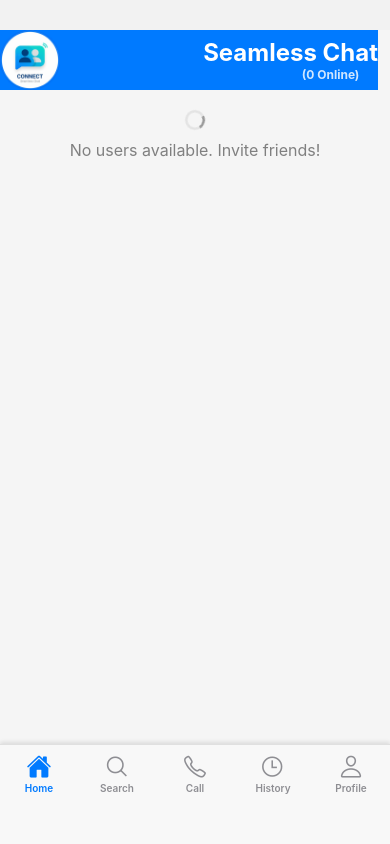
Repository: UdayRaj04/Chatapp_native
Screen: /MainTabs (app in ChatAppFrontend/)
These files come from the project's save history. The screen is drawn as it stood at one moment and after a run of saves; the edit follows.
The app was drawn by React Native's web renderer in a window 390 px wide. The project was rebuilt for these pictures with package versions that can differ from the ones it lists, and the page was loaded fresh each time. Some packages were replaced by stand-ins written for this rebuild. Also part of the build but not shown: ChatAppFrontend/screens/RegisterScreen.tsx, ChatAppFrontend/screens/ChatScreen.tsx, ChatAppFrontend/screens/SearchScreen.tsx, ChatAppFrontend/screens/AnalyticsScreen.tsx, ChatAppFrontend/screens/HistoryScreen.tsx, ChatAppFrontend/screens/ProfileScreen.tsx.

Above is the screen before, as saved 2025-09-09 18:01:02.

### ChatAppFrontend/App.tsx
import 'react-native-get-random-values';  // Polyfill first
import React from 'react';
import { NavigationContainer } from '@react-navigation/native';
import { createStackNavigator } from '@react-navigation/stack';
import { createBottomTabNavigator } from '@react-navigation/bottom-tabs';
import { Ionicons } from '@expo/vector-icons';
import { LogBox, View } from 'react-native';
import { SafeAreaProvider } from 'react-native-safe-area-context';  // New: For dynamic insets

// Suppress warnings
LogBox.ignoreLogs([
  'Text strings must be rendered within a <Text> component',
  'VirtualizedList: You have a large list that is slow to initial render',
  'Require cycle:',
  /Warning: [A-Za-z ]*Text strings[A-Za-z ]*/,
]);

// Your existing screens
import LoginScreen from './screens/LoginScreen';
import RegisterScreen from './screens/RegisterScreen';
import ChatListScreen from './screens/ChatListScreen';
import ChatScreen from './screens/ChatScreen';

// Placeholder screens (ensure they exist)
import SearchScreen from './screens/SearchScreen';
import AnalyticsScreen from './screens/AnalyticsScreen';
import HistoryScreen from './screens/HistoryScreen';
import ProfileScreen from './screens/ProfileScreen';

const Stack = createStackNavigator();
const Tab = createBottomTabNavigator();

// Main Tab Navigator (enhanced with safe area for no overlap)
function MainTabs() {
  return (
    <Tab.Navigator
      screenOptions={({ route }) => ({
        tabBarIcon: ({ focused, color, size }) => {
          let iconName: keyof typeof Ionicons.glyphMap;

          if (route.name === 'Chats') {
            iconName = focused ? 'home' : 'home-outline';
          } else if (route.name === 'Search') {
            iconName = focused ? 'search' : 'search-outline';
          } else if (route.name === 'Call') {
            iconName = focused ? 'call' : 'call-outline';
          } else if (route.name === 'History') {
            iconName = focused ? 'time' : 'time-outline';
          } else {
            iconName = focused ? 'person' : 'person-outline';
          }

          return <Ionicons name={iconName} size={size} color={color} />;
        },
        tabBarActiveTintColor: '#007AFF',
        tabBarInactiveTintColor: '#8e8e93',
        tabBarStyle: {
          backgroundColor: '#f8f8f8',
          borderTopWidth: 0.5,
          borderTopColor: '#e0e0e0',
          elevation: 8,
          shadowColor: '#000',
          shadowOffset: { width: 0, height: -2 },
          shadowOpacity: 0.1,
          shadowRadius: 4,
          height: 100,  // Increased: Taller tab bar (60 was too tight; 70 + labels)
          paddingBottom: 50,  // Reduced top padding for balance
          paddingTop: 5,
          position: 'absolute',  // Explicit: Ensures absolute positioning
          bottom: 0,  // Pin to bottom
          left: 0,
          right: 0,
          marginBottom: 0,  // No extra margin
        },
        tabBarLabelStyle: {
          fontSize: 10,
          fontWeight: '600',
          marginBottom: 0,  // Tight labels
        },
        headerShown: false,
        lazy: true,
        // New: Apply safe area padding to tab screens (prevents overlap)
        cardStyle: { paddingBottom: 0 },  // No extra card padding
      })}
    >
      <Tab.Screen name="Chats" component={ChatListScreen} options={{ title: 'Home' }} />
      <Tab.Screen name="Search" component={SearchScreen} options={{ title: 'Search' }} />
      <Tab.Screen name="Call" component={AnalyticsScreen} options={{ title: 'Call' }} />
      <Tab.Screen name="History" component={HistoryScreen} options={{ title: 'History' }} />
      <Tab.Screen name="Profile" component={ProfileScreen} options={{ title: 'Profile' }} />
    </Tab.Navigator>
  );
}

// Main App - Wrapped in SafeAreaProvider
export default function App() {
  return (
    <SafeAreaProvider>  {/* New: Enables useSafeAreaInsets() */}
      <View style={{ flex: 1 }}>
        <NavigationContainer>
          <Stack.Navigator
            initialRouteName="Login"
            screenOptions={{
              headerShown: false,
              cardStyle: { backgroundColor: '#f5f5f5' },
            }}
          >
            <Stack.Screen name="Login" component={LoginScreen} />
            <Stack.Screen name="Register" component={RegisterScreen} />
            <Stack.Screen name="MainTabs" component={MainTabs} />
            <Stack.Screen
              name="Chat"
              component={ChatScreen}
              options={{
                headerShown: true,
                headerTitle: 'Chat',
                headerStyle: { backgroundColor: '#007AFF' },
                headerTintColor: '#fff',
                presentation: 'modal',
                // Hide tabs in chat to avoid overlap
                tabBarStyle: { display: 'none' },
              }}
            />
          </Stack.Navigator>
        </NavigationContainer>
      </View>
    </SafeAreaProvider>
  );
}

### ChatAppFrontend/screens/LoginScreen.tsx
import React, { useState } from 'react';
import {
  View,
  TextInput,
  TouchableOpacity,
  Text,
  StyleSheet,
  Alert,
  ActivityIndicator,
  KeyboardAvoidingView,
  Platform,
  Image,  // New: For logo
} from 'react-native';
import { Ionicons } from '@expo/vector-icons';  // For input icons
import { useSafeAreaInsets } from 'react-native-safe-area-context';  // For insets (provider in App.tsx)
import { useNavigation } from '@react-navigation/native';  // For navigation
import AsyncStorage from '@react-native-async-storage/async-storage';
import axios, { AxiosError } from 'axios';

const API_BASE = 'http://192.168.29.93:5000/api';

interface LoginResponse {
  token: string;
  user: {
    id?: string;
    _id?: string;
    username: string;
    email: string;
  };
}

export default function LoginScreen() {
  const [email, setEmail] = useState<string>('');
  const [password, setPassword] = useState<string>('');
  const [loading, setLoading] = useState<boolean>(false);
  const [emailError, setEmailError] = useState<string>('');
  const [passwordError, setPasswordError] = useState<string>('');
  const navigation = useNavigation<any>();
  const insets = useSafeAreaInsets();  // Use insets from root provider

  const validateEmail = (email: string): boolean => {
    const emailRegex = /^[^\s@]+@[^\s@]+\.[^\s@]+$/;
    if (!email) {
      setEmailError('Email is required');
      return false;
    }
    if (!emailRegex.test(email)) {
      setEmailError('Invalid email format');
      return false;
    }
    setEmailError('');
    return true;
  };

  const validatePassword = (password: string): boolean => {
    if (!password) {
      setPasswordError('Password is required');
      return false;
    }
    if (password.length < 6) {
      setPasswordError('Password must be at least 6 characters');
      return false;
    }
    setPasswordError('');
    return true;
  };

  const handleLogin = async (): Promise<void> => {
    if (!validateEmail(email) || !validatePassword(password)) return;

    setLoading(true);
    try {
      const response = await axios.post<LoginResponse>(`${API_BASE}/auth/login`, {
        email,
        password,
      });
      await AsyncStorage.setItem('token', response.data.token);
      await AsyncStorage.setItem('user', JSON.stringify(response.data.user));
      navigation.replace('MainTabs');  // Navigate to tabs on success
    } catch (err) {
      const error = err as AxiosError;
      Alert.alert('Login Failed', error.response?.data?.error || 'Invalid credentials');
    } finally {
      setLoading(false);
    }
  };

  return (
    <KeyboardAvoidingView
      style={[styles.container, { paddingTop: insets.top }]}
      behavior={Platform.OS === 'ios' ? 'padding' : 'height'}
      enabled={true}
    >
      {/* Title with Logo */}
      <View style={styles.titleContainer}>
        {/* New: Bigger Logo */}
        <Image
          source={require('../assets/logos.png')}  // Adjust path if needed (e.g., '../../assets/logo.png')
          style={styles.logo}
          resizeMode="contain"
        />
        <Text style={styles.title}>Seamless Chat</Text>
        <Text style={styles.subtitle}>Welcome back! Sign in to continue</Text>
      </View>

      {/* Form */}
      <View style={styles.formContainer}>
        {/* Email Input */}
        <View style={styles.inputContainer}>
          <Ionicons name="mail" size={24} color="#999" style={styles.inputIcon} />
          <TextInput
            style={[styles.input, emailError ? styles.inputError : null]}
            value={email}
            onChangeText={(text) => {
              setEmail(text);
              if (emailError) validateEmail(text);
            }}
            placeholder="Email"
            keyboardType="email-address"
            autoCapitalize="none"
            onBlur={() => validateEmail(email)}
          />
        </View>
        {emailError ? <Text style={styles.errorText}>{emailError}</Text> : null}

        {/* Password Input */}
        <View style={styles.inputContainer}>
          <Ionicons name="lock-closed" size={24} color="#999" style={styles.inputIcon} />
          <TextInput
            style={[styles.input, passwordError ? styles.inputError : null]}
            value={password}
            onChangeText={(text) => {
              setPassword(text);
              if (passwordError) validatePassword(text);
            }}
            placeholder="Password"
            secureTextEntry={true}
            onBlur={() => validatePassword(password)}
          />
        </View>
        {passwordError ? <Text style={styles.errorText}>{passwordError}</Text> : null}

        {/* Login Button */}
        <TouchableOpacity
          style={[styles.button, loading ? styles.buttonDisabled : null]}
          onPress={handleLogin}
          disabled={loading}
          activeOpacity={0.7}
        >
          {loading ? (
            <ActivityIndicator size="small" color="#fff" />
          ) : (
            <Text style={styles.buttonText}>Login</Text>
          )}
        </TouchableOpacity>

        {/* Register Link */}
        <TouchableOpacity
          style={styles.linkContainer}
          onPress={() => navigation.navigate('Register')}
        >
          <Text style={styles.linkText}>Don't have an account? Register</Text>
        </TouchableOpacity>
      </View>
    </KeyboardAvoidingView>
  );
}

const styles = StyleSheet.create({
  container: {
    flex: 1,
    backgroundColor: '#f5f5f5',
    justifyContent: 'center',
    alignItems: 'center',
  },
  titleContainer: {
    alignItems: 'center',
    marginBottom: 50,  // Increased: More space after logo/title to form
  },
  // New: Logo Style (Bigger, Centered)
  logo: {
    width: 120,  // Bigger size - adjust as needed (e.g., 100 for smaller)
    height: 120,
    marginBottom: 20,  // Space between logo and title
    alignSelf: 'center',
  },
  title: {
    fontSize: 32,
    fontWeight: 'bold',
    color: '#333',
    marginBottom: 5,
  },
  subtitle: {
    fontSize: 16,
    color: '#666',
    textAlign: 'center',
  },
  formContainer: {
    width: '85%',  // Responsive width
    alignItems: 'center',
  },
  inputContainer: {
    flexDirection: 'row',
    alignItems: 'center',
    backgroundColor: '#fff',
    borderRadius: 10,
    marginBottom: 15,
    paddingHorizontal: 15,
    elevation: 2,
    shadowColor: '#000',
    shadowOffset: { width: 0, height: 1 },
    shadowOpacity: 0.1,
    shadowRadius: 2,
    width: '100%',
  },
  inputIcon: {
    marginRight: 10,
  },
  input: {
    flex: 1,
    paddingVertical: 12,
    fontSize: 16,
    color: '#333',
  },
  inputError: {
    borderWidth: 1,
    borderColor: '#ff6b6b',
  },
  errorText: {
    color: '#ff6b6b',
    fontSize: 12,
    marginBottom: 10,
    alignSelf: 'flex-start',
  },
  button: {
    backgroundColor: '#007AFF',
    borderRadius: 10,
    paddingVertical: 15,
    width: '100%',
    alignItems: 'center',
    marginTop: 10,
    elevation: 2,
    shadowColor: '#007AFF',
    shadowOffset: { width: 0, height: 2 },
    shadowOpacity: 0.2,
    shadowRadius: 4,
  },
  buttonDisabled: {
    backgroundColor: '#ccc',
  },
  buttonText: {
    color: '#fff',
    fontSize: 18,
    fontWeight: 'bold',
  },
  linkContainer: {
    marginTop: 20,
    alignItems: 'center',
  },
  linkText: {
    color: '#007AFF',
    fontSize: 16,
    textDecorationLine: 'underline',
  },
});

### ChatAppFrontend/screens/ChatListScreen.tsx
import React, { useState, useEffect } from 'react';
import {
  View,
  FlatList,
  Text,
  TouchableOpacity,
  StyleSheet,
  Alert,
  ActivityIndicator,
  Image,
} from 'react-native';
import { Ionicons } from '@expo/vector-icons';  // New: For user icons (person-circle)
import { useSafeAreaInsets } from 'react-native-safe-area-context';  // From previous (for padding)
import AsyncStorage from '@react-native-async-storage/async-storage';
import axios, { AxiosError } from 'axios';
import io, { Socket } from 'socket.io-client';

const API_BASE = 'http://192.168.29.93:5000/api';

interface User {
  _id: string;
  id?: string;
  username: string;
  email: string;
}

export default function ChatListScreen({ navigation }: { navigation: any }) {
  const [users, setUsers] = useState<User[]>([]);
  const [loading, setLoading] = useState<boolean>(true);
  const [currentUser, setCurrentUser] = useState<User | null>(null);
  const [socket, setSocket] = useState<Socket | null>(null);
  const [onlineUsers, setOnlineUsers] = useState<Set<string>>(new Set());

  // Safe area for dynamic padding (from previous)
  const insets = useSafeAreaInsets();
  const bottomPadding = Math.max(120, insets.bottom + 70);

  useEffect(() => {
    loadUser();
    fetchUsers();

    const initSocket = async () => {
      const token = await AsyncStorage.getItem('token');
      if (token) {
        const newSocket = io(API_BASE.replace('/api', ''), {
          auth: { token },
        });
        setSocket(newSocket);
        newSocket.on('connect_error', () => Alert.alert('Socket Error', 'Connection failed'));

        newSocket.on('userOnline', (data) => {
          console.log('User online:', data.userId);
          setOnlineUsers((prev) => new Set([...prev, data.userId]));
        });

        newSocket.on('userOffline', (data) => {
          console.log('User offline:', data.userId);
          setOnlineUsers((prev) => {
            const newSet = new Set(prev);
            newSet.delete(data.userId);
            return newSet;
          });
        });

        newSocket.on('onlineUsersList', (data) => {
          console.log('Initial online users:', data.onlineUsers);
          setOnlineUsers(new Set(data.onlineUsers));
        });

        newSocket.on('connect', () => {
          console.log('Socket connected - requesting online users');
          newSocket.emit('getOnlineUsers');
        });
      }
    };
    initSocket();

    return () => {
      socket?.disconnect();
    };
  }, []);

  const loadUser = async (): Promise<void> => {
    const userStr = await AsyncStorage.getItem('user');
    if (userStr) {
      setCurrentUser(JSON.parse(userStr));
    }
    setLoading(false);
  };

  const fetchUsers = async (): Promise<void> => {
    const token = await AsyncStorage.getItem('token');
    if (!token) return;
    try {
      const response = await axios.get<User[]>(`${API_BASE}/users`, {
        headers: { Authorization: `Bearer ${token}` },
      });
      const validUsers = response.data.filter(u =>
        u && u.username && (u._id || u.id) && typeof u.username === 'string'
      );
      setUsers(validUsers);
    } catch (err) {
      const error = err as AxiosError;
      Alert.alert('Error', error.response?.data?.error || 'Failed to load users');
    }
  };

  const startChat = (otherUser: User): void => {
    const userId = otherUser.id || otherUser._id;
    console.log('Starting chat with userId:', userId);
    if (!userId) {
      Alert.alert('Error', 'Invalid user data');
      return;
    }
    navigation.navigate('Chat', {
      otherUserId: userId,
      otherUserName: otherUser.username,
    });
  };

  const renderUser = ({ item }: { item: User }): JSX.Element => {
    if (!item || !item.username || !(item._id || item.id)) {
      return (
        <View style={styles.userItem}>
          <View style={styles.userContent}>
            <Text style={styles.username}>Invalid user entry</Text>
          </View>
        </View>
      );
    }
    const userId = item.id || item._id;
    const isOnline = onlineUsers.has(userId);
    const userIdShort = userId.substring(0, 8) + '...';
    return (
      <TouchableOpacity onPress={() => startChat(item)} style={styles.userItem} activeOpacity={0.7}>
        <View style={styles.userContent}>
          {/* New: User icon on left */}
          <View style={styles.iconContainer}>
            <Ionicons
              name="person-circle"
              size={50}
              color={isOnline ? '#007AFF' : '#ccc'}  // Green for online, gray for offline
            />
            {/* Optional: Small online dot (green circle below icon) */}
            {isOnline && (
              <View style={styles.onlineDot} />
            )}
          </View>
          {/* Text content on right */}
          <View style={styles.textContent}>
            <Text style={styles.username}>{item.username}</Text>
            {isOnline && <Text style={styles.onlineBadge}>Online</Text>}
            <Text style={styles.idText}>{"(ID: " + userIdShort + ")"}</Text>
          </View>
        </View>
      </TouchableOpacity>
    );
  };

  const renderEmpty = (): JSX.Element => (
    <View style={[styles.emptyContainer, { paddingBottom: bottomPadding }]}>
      <ActivityIndicator size="small" color="#999" />
      <Text style={styles.emptyText}>No users available. Invite friends!</Text>
    </View>
  );

  if (loading) {
    return (
      <View style={styles.loadingContainer}>
        <ActivityIndicator size="large" color="#0000ff" />
        <Text style={styles.loadingText}>Loading chats...</Text>
      </View>
    );
  }

  return (
    <View style={styles.container}>
      <View style={{
  flexDirection: 'row',       // 👈 Arrange items in a row
  alignItems: 'center',       // 👈 Vertically center icon & text
  marginRight: 12,
  backgroundColor: '#007AFF',
  justifyContent:"space-between",
}}>
  <Image
    source={require('../assets/logos.png')}
    style={{ height: 60, width: 60, marginRight: 10 }}  // 👈 space between logo & text
  />
  <View style={{ flexDirection: 'column', alignItems: 'center' }}>
  <Text style={styles.title}>
    Seamless Chat
  </Text>
  <Text style={styles.title1}>
    ({onlineUsers.size} Online)
  </Text>
  </View>
</View>
      <FlatList
        data={users}
        keyExtractor={(item, index) => (item._id || item.id || index.toString())}
        renderItem={renderUser}
        ListEmptyComponent={renderEmpty}
        contentContainerStyle={[styles.listContent, { paddingBottom: bottomPadding }]}
        style={{ flex: 1 }}
        keyboardShouldPersistTaps="handled"
        bounces={true}
        showsVerticalScrollIndicator={true}
        initialNumToRender={10}
        maxToRenderPerBatch={5}
        windowSize={10}
        removeClippedSubviews={true}
        extraData={users}
        getItemLayout={(data, index) => ({ length: 70, offset: 70 * index, index })}
      />
    </View>
  );
}

const styles = StyleSheet.create({
  container: {
    marginTop: 30,
    flex: 1,
    backgroundColor: '#f5f5f5',
  },
  title: {
    fontSize: 24,
    fontWeight: 'bold',
    padding: 0,
    color: '#ffffffff',
    textAlign: 'center',



  },
  title1: {
    marginLeft:80,
    fontSize: 12,
    fontWeight: 'bold',
    padding: 0,
    color: '#ffffffce',
    textAlign: 'center',

  },
  loadingContainer: {
    flex: 1,
    justifyContent: 'center',
    alignItems: 'center',
  },
  loadingText: {
    marginTop: 10,
    fontSize: 16,
    color: '#666',
  },
  listContent: {
    paddingHorizontal: 10,
  },
  userItem: {
    backgroundColor: '#fff',
    marginVertical: 5,
    marginHorizontal: 10,
    borderRadius: 10,
    padding: 15,
    elevation: 2,
    shadowColor: '#000',
    shadowOffset: { width: 0, height: 1 },
    shadowOpacity: 0.2,
    shadowRadius: 1.41,
    // New: Taller for icon row
    minHeight: 70,
  },
  userContent: {
    flex: 1,
    flexDirection: 'row',  // New: Row for icon + text
    alignItems: 'center',  // New: Vertical center
  },
  // New: Icon container (left side)
  iconContainer: {
    marginRight: 15,  // Space between icon and text
    position: 'relative',  // For online dot positioning
  },
  // New: Text content wrapper (right side)
  textContent: {
    flex: 1,  // Take remaining space
    flexDirection: 'column',  // Stack username, badge, ID
    justifyContent: 'flex-start',
  },
  username: {
    fontSize: 18,
    fontWeight: 'bold',
    marginBottom: 2,  // Small space before badge/ID
  },
  onlineBadge: {
    fontSize: 12,
    color: '#007AFF',
    fontWeight: 'bold',
    marginBottom: 2,
  },
  idText: {
    fontSize: 12,
    color: 'gray',
  },
  // New: Online status dot (small green circle under icon)
  onlineDot: {
    position: 'absolute',
    bottom: 0,
    right: 0,
    width: 12,
    height: 12,
    borderRadius: 6,
    backgroundColor: '#007AFF',
    borderWidth: 2,
    borderColor: '#fff',  // White border for visibility
  },
  emptyContainer: {
    justifyContent: 'center',
    alignItems: 'center',
    padding: 20,
  },
  emptyText: {
    fontSize: 16,
    color: 'gray',
    textAlign: 'center',
    marginTop: 10,
  },
});

Loaded but not shown: ChatAppFrontend/index.ts (common file)

After the next 3 saves:
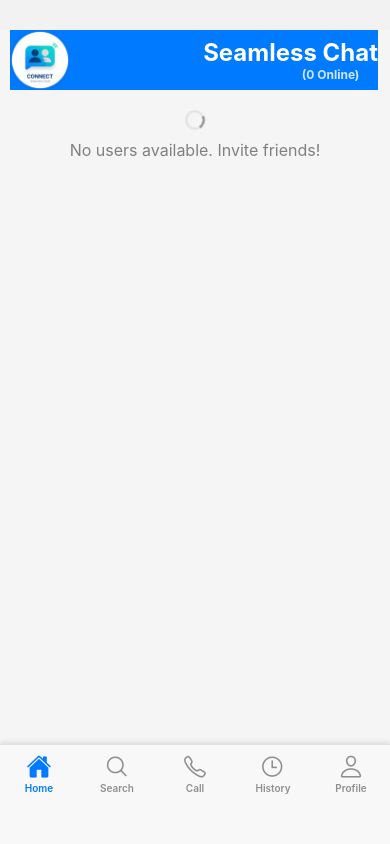
The 3 saves are shown as one change because they came seconds apart.
The last was saved 36 s later.
--- a/ChatAppFrontend/screens/ChatListScreen.tsx
+++ b/ChatAppFrontend/screens/ChatListScreen.tsx
@@ -176,6 +176,7 @@ export default function ChatListScreen({ navigation }: { navigation: any }) {
   return (
     <View style={styles.container}>
       <View style={{
+        marginLeft:10,
   flexDirection: 'row',       // 👈 Arrange items in a row
   alignItems: 'center',       // 👈 Vertically center icon & text
   marginRight: 12,
